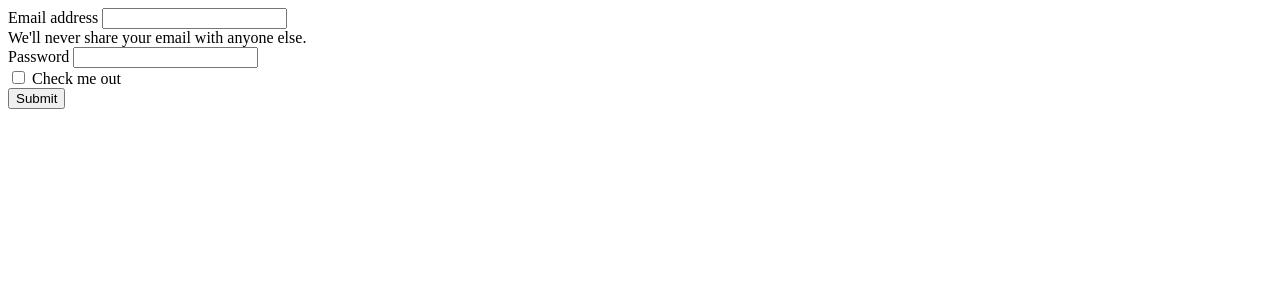
Repository: cosmin05072018/test-codeigniter
Page: http://localhost/database/application/views/register.php
These files come from the project's save history. The page is drawn as it stood at one moment and after the next save; the edit follows.
The browser window is 1280 px wide. The pictures show the whole page.
The page is run by PHP 8.4 with error messages shown; the project is at /var/www/html/.

Above is the page before, as saved 2025-03-09 17:25:38.

### application/views/register.php
<form>
  <div class="mb-3">
    <label for="exampleInputEmail1" class="form-label">Email address</label>
    <input type="email" class="form-control" id="exampleInputEmail1" aria-describedby="emailHelp">
    <div id="emailHelp" class="form-text">We'll never share your email with anyone else.</div>
  </div>
  <div class="mb-3">
    <label for="exampleInputPassword1" class="form-label">Password</label>
    <input type="password" class="form-control" id="exampleInputPassword1">
  </div>
  <div class="mb-3 form-check">
    <input type="checkbox" class="form-check-input" id="exampleCheck1">
    <label class="form-check-label" for="exampleCheck1">Check me out</label>
  </div>
  <button type="submit" class="btn btn-primary">Submit</button>
</form>

After the next save:
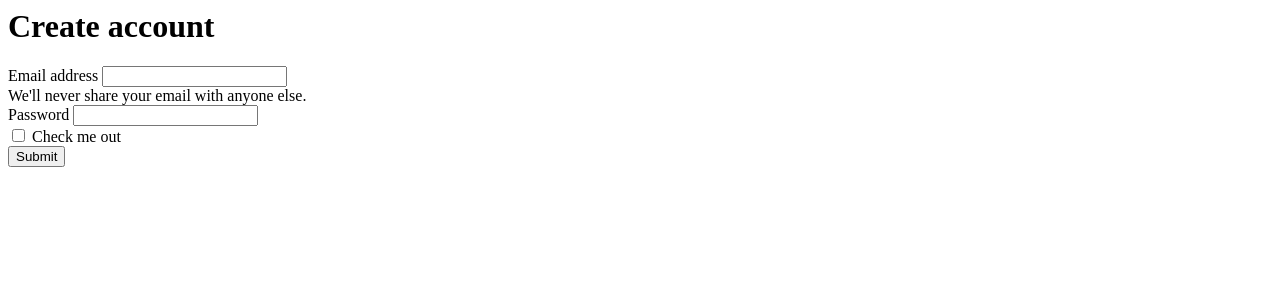
Saved 7 s later.
--- a/application/views/register.php
+++ b/application/views/register.php
@@ -1,4 +1,5 @@
 <form>
+	<h1>Create account</h1>
   <div class="mb-3">
     <label for="exampleInputEmail1" class="form-label">Email address</label>
     <input type="email" class="form-control" id="exampleInputEmail1" aria-describedby="emailHelp">
